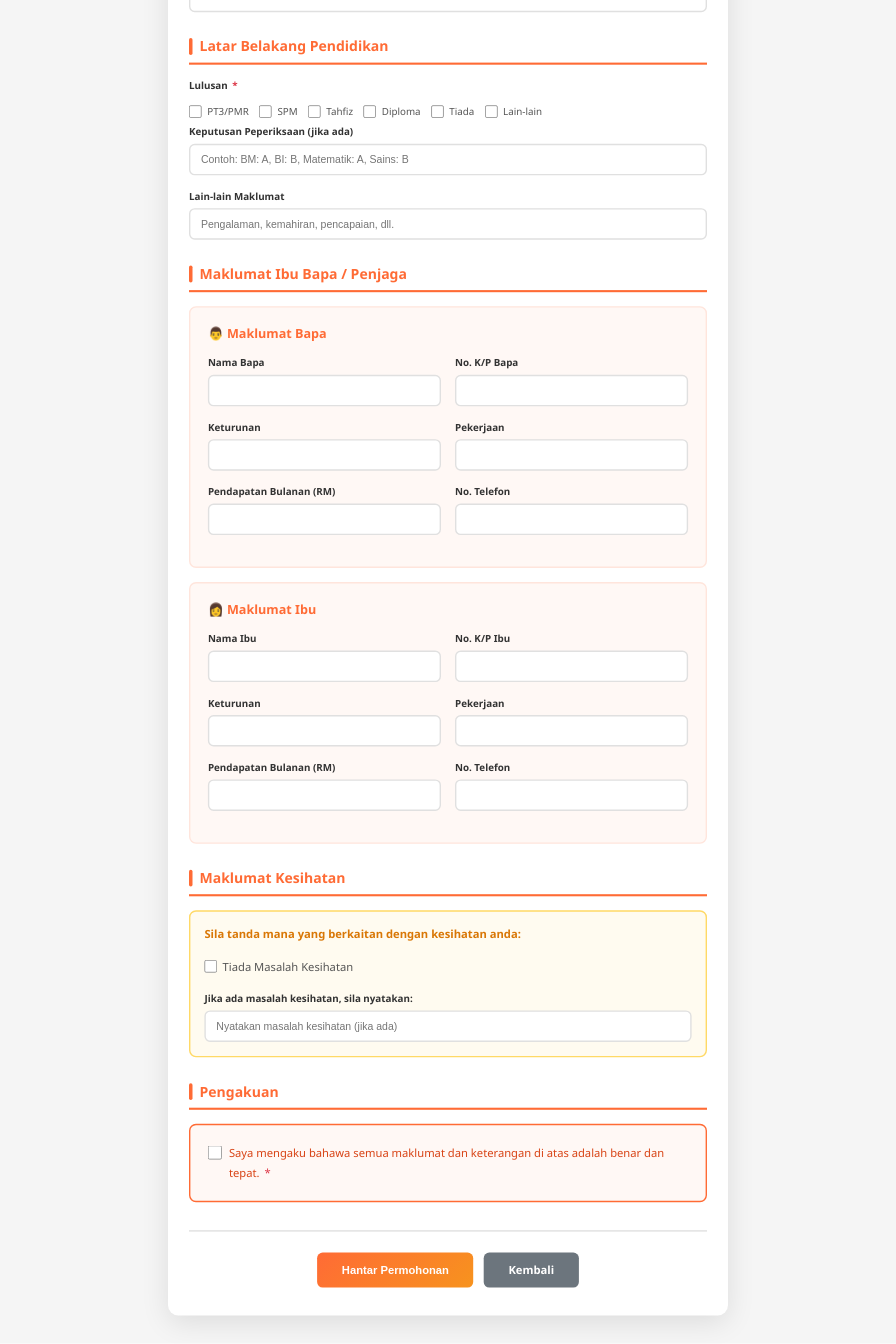
Repository: Aliyamai/SPB1K
Page: borangElektrik.html
An editor plug-in stored every save of this project. The page is shown before and after a run of saves, followed by the edit.
The browser window is 1280 px wide. The pictures show the part of the page from y = 988 to 2908 px (the page is 2908 px tall before and 2906 px after), at 70% of full size.

Above is the page before, as saved 2025-11-21 10:55:32.

### borangElektrik.html
<!DOCTYPE html>
<html lang="ms">
<head>
  <meta charset="UTF-8">
  <meta name="viewport" content="width=device-width, initial-scale=1.0">
  <title>Borang Maklumat Pelajar - Elektrik</title>
  <style>
    * {
      margin: 0;
      padding: 0;
      box-sizing: border-box;
    }

    body {
      font-family: 'Segoe UI', Tahoma, Geneva, Verdana, sans-serif;
      background: #f5f5f5;
      min-height: 100vh;
      padding: 40px 20px;
    }

    .form-container {
      max-width: 800px;
      margin: 0 auto;
      background: white;
      border-radius: 15px;
      box-shadow: 0 10px 40px rgba(0,0,0,0.1);
      overflow: hidden;
    }

    .form-header {
      background: linear-gradient(135deg, #ff6b35 0%, #f7931e 100%);
      color: white;
      padding: 40px 30px;
      text-align: center;
    }

    .form-header h1 {
      font-size: 28px;
      margin-bottom: 10px;
      font-weight: 700;
    }

    .form-header p {
      font-size: 16px;
      opacity: 0.95;
      font-weight: 500;
    }

    .form-content {
      padding: 40px 30px;
    }

    .section {
      margin-bottom: 35px;
    }

    .section-title {
      font-size: 20px;
      font-weight: 700;
      color: #ff6b35;
      margin-bottom: 20px;
      padding-bottom: 10px;
      border-bottom: 3px solid #ff6b35;
      display: flex;
      align-items: center;
      gap: 10px;
    }

    .section-title::before {
      content: '';
      width: 5px;
      height: 24px;
      background: #ff6b35;
      border-radius: 3px;
    }

    .form-grid {
      display: grid;
      grid-template-columns: repeat(auto-fit, minmax(250px, 1fr));
      gap: 20px;
      margin-bottom: 20px;
    }

    .form-grid.full {
      grid-template-columns: 1fr;
    }

    .form-field {
      display: flex;
      flex-direction: column;
      gap: 8px;
    }

    .form-field label {
      font-weight: 600;
      color: #333;
      font-size: 14px;
    }

    .form-field input[type="text"],
    .form-field input[type="email"],
    .form-field input[type="tel"],
    .form-field input[type="date"],
    .form-field select {
      padding: 12px 15px;
      border: 2px solid #e0e0e0;
      border-radius: 8px;
      font-size: 15px;
      transition: all 0.3s ease;
    }

    .form-field input:focus,
    .form-field select:focus {
      outline: none;
      border-color: #ff6b35;
      box-shadow: 0 0 0 3px rgba(255, 107, 53, 0.1);
    }

    .radio-group,
    .checkbox-group {
      display: flex;
      flex-wrap: wrap;
      gap: 15px;
      padding: 10px 0;
    }

    .radio-group label,
    .checkbox-group label {
      display: flex;
      align-items: center;
      gap: 8px;
      cursor: pointer;
      font-weight: 500;
      color: #555;
    }

    .radio-group input[type="radio"],
    .checkbox-group input[type="checkbox"] {
      width: 18px;
      height: 18px;
      cursor: pointer;
      accent-color: #ff6b35;
    }

    .parent-card {
      background: #fff8f5;
      border: 2px solid #ffe5dc;
      border-radius: 10px;
      padding: 25px;
      margin-bottom: 20px;
    }

    .parent-card h3 {
      color: #ff6b35;
      margin-bottom: 20px;
      font-size: 18px;
      font-weight: 700;
    }

    .health-box {
      background: #fffbf0;
      border: 2px solid #ffd966;
      border-radius: 10px;
      padding: 20px;
      margin-top: 15px;
    }

    .health-box p {
      font-weight: 600;
      margin-bottom: 15px;
      color: #d97706;
    }

    .declaration-box {
      background: #fff8f5;
      border: 2px solid #ff6b35;
      border-radius: 10px;
      padding: 25px;
      margin-top: 20px;
    }

    .declaration-box p {
      line-height: 1.8;
      color: #d84315;
      margin-bottom: 20px;
      font-weight: 500;
    }

    .signature-grid {
      display: grid;
      grid-template-columns: 1fr 1fr;
      gap: 20px;
      margin-top: 20px;
    }

    .program-grid {
      display: grid;
      grid-template-columns: repeat(2, 1fr);
      gap: 20px;
    }

    .buttons {
      display: flex;
      gap: 15px;
      justify-content: center;
      margin-top: 40px;
      padding-top: 30px;
      border-top: 2px solid #e0e0e0;
    }

    .btn {
      padding: 14px 35px;
      border: none;
      border-radius: 8px;
      cursor: pointer;
      font-size: 16px;
      font-weight: 600;
      transition: all 0.3s ease;
      text-decoration: none;
      display: inline-block;
    }

    .btn-submit {
      background: linear-gradient(135deg, #ff6b35 0%, #f7931e 100%);
      color: white;
    }

    .btn-submit:hover {
      transform: translateY(-2px);
      box-shadow: 0 10px 20px rgba(255, 107, 53, 0.3);
    }

    .btn-back {
      background: #6c757d;
      color: white;
    }

    .btn-back:hover {
      background: #5a6268;
      transform: translateY(-2px);
      box-shadow: 0 10px 20px rgba(108, 117, 125, 0.3);
    }

    .required {
      color: #dc3545;
      margin-left: 3px;
    }

    @media (max-width: 768px) {
      body {
        padding: 20px 10px;
      }

      .form-content {
        padding: 30px 20px;
      }

      .form-grid {
        grid-template-columns: 1fr;
      }

      .signature-grid,
      .program-grid {
        grid-template-columns: 1fr;
      }

      .buttons {
        flex-direction: column;
      }

      .btn {
        width: 100%;
      }
    }
  </style>
</head>
<body>

  <div class="form-container">
    <!-- Header -->
    <div class="form-header">
      <h1>BORANG MAKLUMAT PELAJAR</h1>
      <p>Kursus Pilihan: Elektrik</p>
    </div>

    <form class="form-content">
      <!-- Personal Information -->
      <div class="section">
        <div class="section-title">Maklumat Peribadi</div>

        <div class="form-grid">
          <div class="form-field">
            <label>Nama Penuh <span class="required">*</span></label>
            <input type="text" name="nama" required>
          </div>
          <div class="form-field">
            <label>No. Kad Pengenalan <span class="required">*</span></label>
            <input type="text" name="nokp" placeholder="XXXXXX-XX-XXXX" required>
          </div>
        </div>

        <div class="form-grid">
          <div class="form-field">
            <label>Jantina <span class="required">*</span></label>
            <div class="radio-group">
              <label><input type="radio" name="jantina" value="lelaki" required> Lelaki</label>
              <label><input type="radio" name="jantina" value="perempuan"> Perempuan</label>
            </div>
          </div>
          <div class="form-field">
            <label>Agama</label>
            <input type="text" name="agama">
          </div>
        </div>

        <div class="form-grid">
          <div class="form-field">
            <label>Warganegara</label>
            <input type="text" name="warganegara" value="Malaysia">
          </div>
        </div>

        <div class="form-grid full">
          <div class="form-field">
            <label>Alamat Rumah <span class="required">*</span></label>
            <input type="text" name="alamat" required>
          </div>
        </div>

        <div class="form-grid">
          <div class="form-field">
            <label>Poskod</label>
            <input type="text" name="poskod">
          </div>
          <div class="form-field">
            <label>Bandar</label>
            <input type="text" name="bandar">
          </div>
        </div>

        <div class="form-grid">
          <div class="form-field">
            <label>Negeri</label>
            <input type="text" name="negeri">
          </div>
        </div>

        <div class="form-grid">
          <div class="form-field">
            <label>No. Telefon Rumah</label>
            <input type="tel" name="telefonR">
          </div>
          <div class="form-field">
            <label>No. Telefon Bimbit <span class="required">*</span></label>
            <input type="tel" name="telefonB" required>
          </div>
        </div>

        <div class="form-grid full">
          <div class="form-field">
            <label>Alamat Email</label>
            <input type="email" name="email">
          </div>
        </div>
      </div>

      <!-- Education Background -->
      <div class="section">
        <div class="section-title">Latar Belakang Pendidikan</div>

        <div class="form-field">
          <label>Lulusan <span class="required">*</span></label>
          <div class="checkbox-group">
            <label><input type="checkbox" name="lulusan" value="pt3"> PT3/PMR</label>
            <label><input type="checkbox" name="lulusan" value="spm"> SPM</label>
            <label><input type="checkbox" name="lulusan" value="tahfiz"> Tahfiz</label>
            <label><input type="checkbox" name="lulusan" value="diploma"> Diploma</label>
            <label><input type="checkbox" name="lulusan" value="none"> Tiada</label>
            <label><input type="checkbox" name="lulusan" value="lain"> Lain-lain</label>
          </div>
        </div>

        <div class="form-grid full">
          <div class="form-field">
            <label>Keputusan Peperiksaan (jika ada)</label>
            <input type="text" name="keputusan" placeholder="Contoh: BM: A, BI: B, Matematik: A, Sains: B">
          </div>
        </div>

        <div class="form-grid full">
          <div class="form-field">
            <label>Lain-lain Maklumat</label>
            <input type="text" name="lainLain" placeholder="Pengalaman, kemahiran, pencapaian, dll.">
          </div>
        </div>
      </div>

      <!-- Parent/Guardian Information -->
      <div class="section">
        <div class="section-title">Maklumat Ibu Bapa / Penjaga</div>

        <!-- Father Info -->
        <div class="parent-card">
          <h3>👨 Maklumat Bapa</h3>
          <div class="form-grid">
            <div class="form-field">
              <label>Nama Bapa</label>
              <input type="text" name="namaBapa">
            </div>
            <div class="form-field">
              <label>No. K/P Bapa</label>
              <input type="text" name="nokpBapa">
            </div>
          </div>
          <div class="form-grid">
            <div class="form-field">
              <label>Keturunan</label>
              <input type="text" name="keturunanBapa">
            </div>
            <div class="form-field">
              <label>Pekerjaan</label>
              <input type="text" name="pekerjaanBapa">
            </div>
          </div>
          <div class="form-grid">
            <div class="form-field">
              <label>Pendapatan Bulanan (RM)</label>
              <input type="text" name="pendapatanBapa">
            </div>
            <div class="form-field">
              <label>No. Telefon</label>
              <input type="tel" name="hpBapa">
            </div>
          </div>
        </div>

        <!-- Mother Info -->
        <div class="parent-card">
          <h3>👩 Maklumat Ibu</h3>
          <div class="form-grid">
            <div class="form-field">
              <label>Nama Ibu</label>
              <input type="text" name="namaIbu">
            </div>
            <div class="form-field">
              <label>No. K/P Ibu</label>
              <input type="text" name="nokpIbu">
            </div>
          </div>
          <div class="form-grid">
            <div class="form-field">
              <label>Keturunan</label>
              <input type="text" name="keturunanIbu">
            </div>
            <div class="form-field">
              <label>Pekerjaan</label>
              <input type="text" name="pekerjaanIbu">
            </div>
          </div>
          <div class="form-grid">
            <div class="form-field">
              <label>Pendapatan Bulanan (RM)</label>
              <input type="text" name="pendapatanIbu">
            </div>
            <div class="form-field">
              <label>No. Telefon</label>
              <input type="tel" name="hpIbu">
            </div>
          </div>
        </div>
      </div>

      <!-- Health Information -->
      <div class="section">
        <div class="section-title">Maklumat Kesihatan</div>

        <div class="health-box">
          <p>Sila tanda mana yang berkaitan dengan kesihatan anda:</p>
          <div class="checkbox-group">
            <label><input type="checkbox" name="kesihatan" value="tiada"> Tiada Masalah Kesihatan</label>
          </div>
          <div class="form-field" style="margin-top: 15px;">
            <label>Jika ada masalah kesihatan, sila nyatakan:</label>
            <input type="text" name="kesihatanNyatakan" placeholder="Nyatakan masalah kesihatan (jika ada)">
          </div>
        </div>
      </div>

     <!-- Declaration -->
      <div class="section">
        <div class="section-title">Pengakuan</div>

        <div class="declaration-box">
          <label style="display: flex; align-items: flex-start; gap: 10px; cursor: pointer;">
            <input type="checkbox" name="pengakuan" required style="margin-top: 4px; width: 20px; height: 20px; accent-color: #ff6b35; cursor: pointer;">
            <span style="flex: 1; line-height: 1.8; color: #d84315; font-weight: 500;">
              Saya mengaku bahawa semua maklumat dan keterangan di atas adalah benar dan tepat. <span class="required">*</span>
            </span>
          </label>
        </div>
      </div>

      <!-- Action Buttons -->
      <div class="buttons">
        <button type="submit" class="btn btn-submit">Hantar Permohonan</button>
        <a href="kursusElektrik.html" class="btn btn-back">Kembali</a>
      </div>
    </form>

  </div>

</body>
</html>

After the next 2 saves:
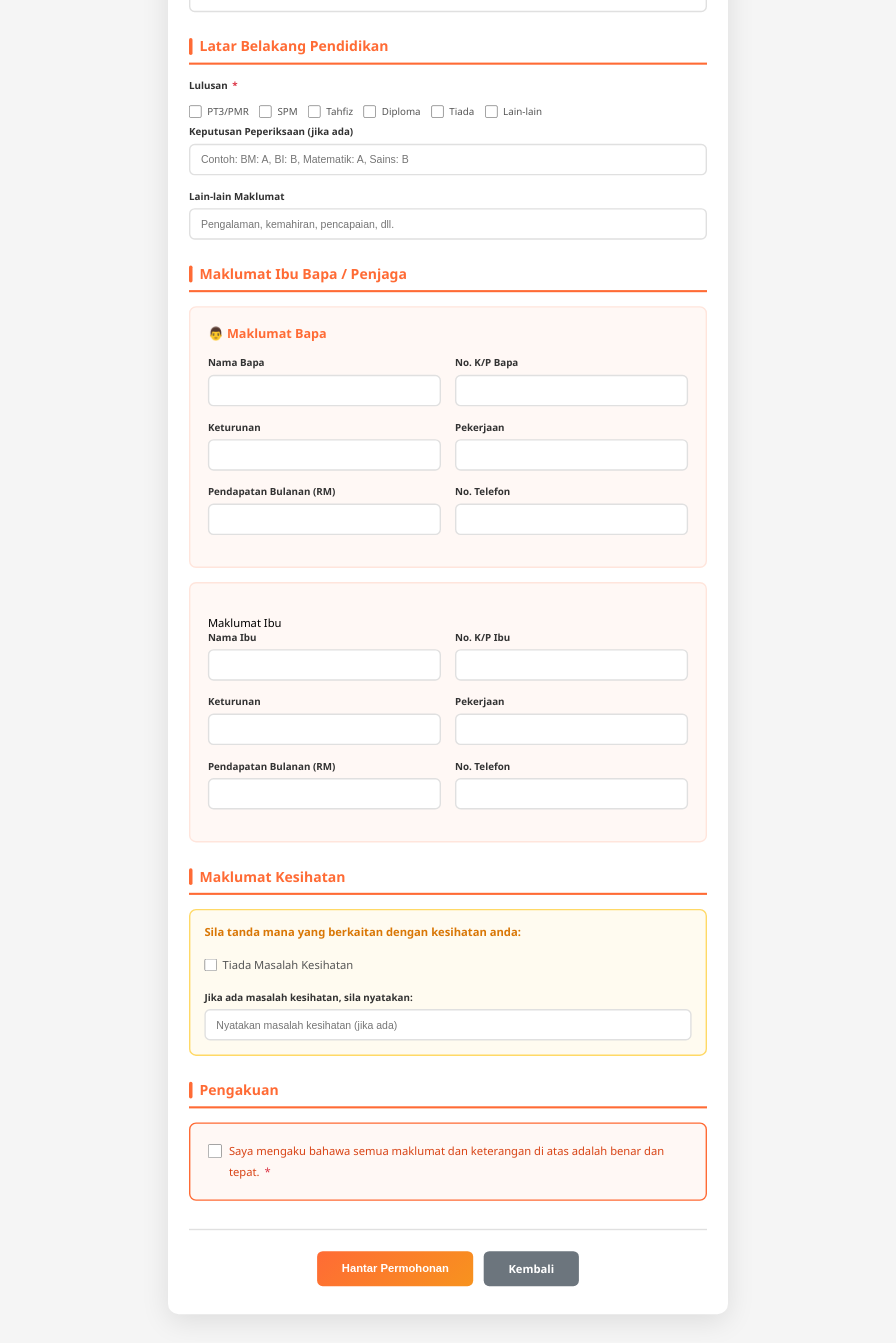
The 2 saves are shown as one change because they came seconds apart.
The last was saved 27 s later.
--- a/borangElektrik.html
+++ b/borangElektrik.html
@@ -436,7 +436,7 @@
 
         <!-- Mother Info -->
         <div class="parent-card">
-          <h3>👩 Maklumat Ibu</h3>
+          <h3></h3>Maklumat Ibu</h3>
           <div class="form-grid">
             <div class="form-field">
               <label>Nama Ibu</label>

After the save that followed:
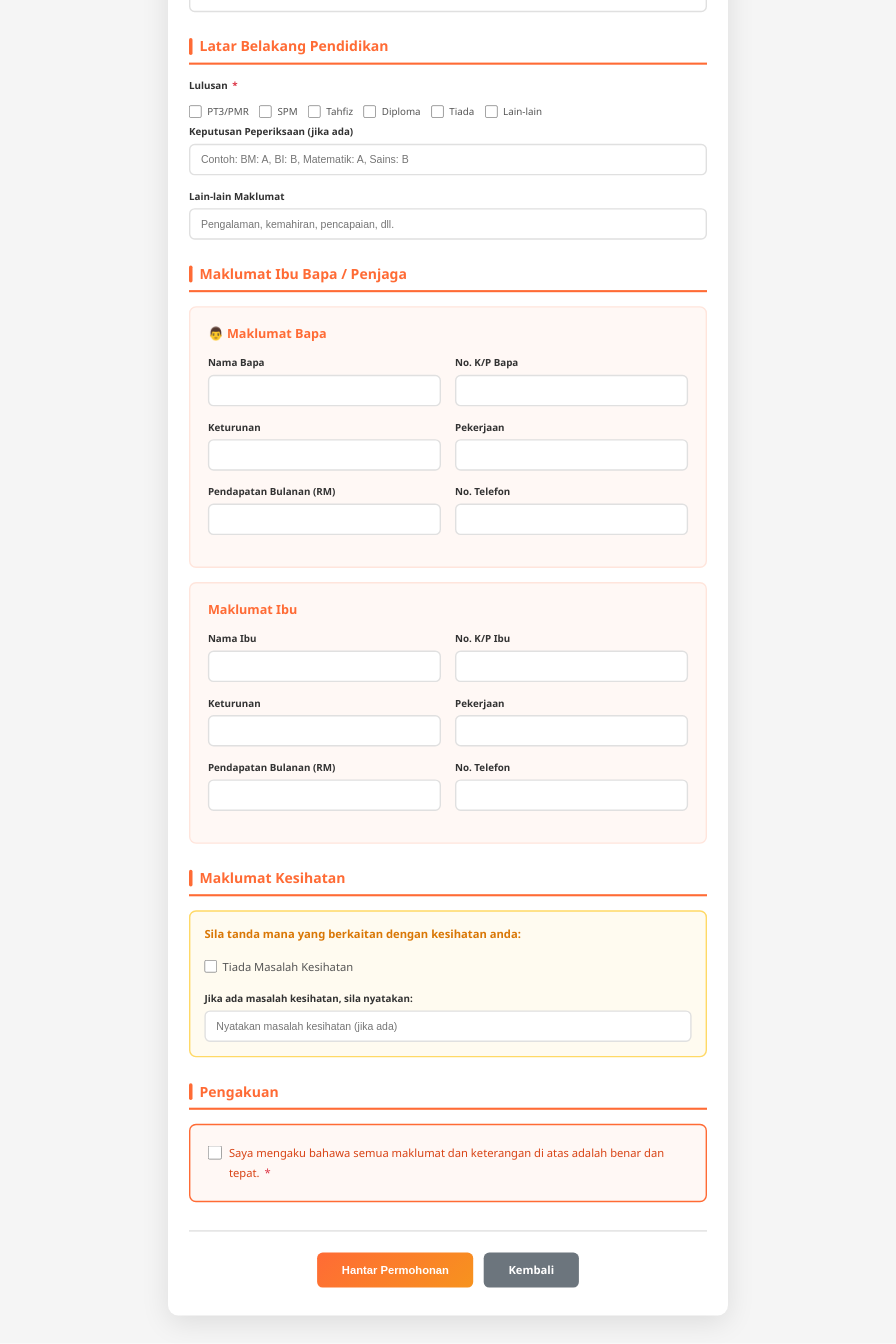
Saved 5 s later.
--- a/borangElektrik.html
+++ b/borangElektrik.html
@@ -436,7 +436,7 @@
 
         <!-- Mother Info -->
         <div class="parent-card">
-          <h3></h3>Maklumat Ibu</h3>
+          <h3>Maklumat Ibu</h3>
           <div class="form-grid">
             <div class="form-field">
               <label>Nama Ibu</label>
